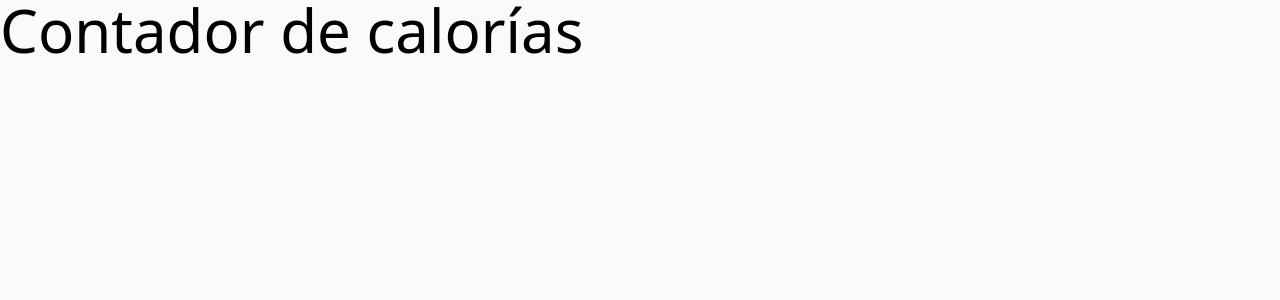
Repository: Samuel-Leal96/contador-calorias-react
Page: /
These files come from the project's save history. The page is drawn as it stood at one moment and after the next save; the edit follows.
The browser window is 1280 px wide. The pictures show the whole page.
The project was rebuilt for these pictures with package versions that can differ from the ones it lists, and the page was loaded fresh each time. Also part of the build but not shown: vite.config.ts.

Above is the page before, as saved 2025-10-22 16:49:07.

After the next save:
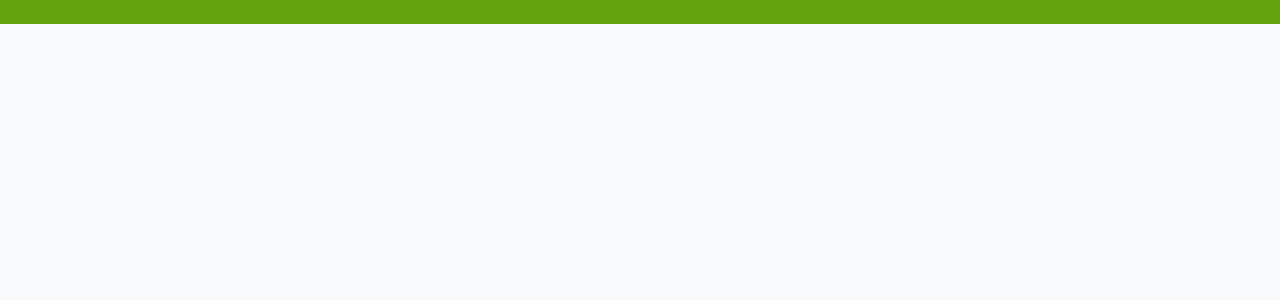
Saved 5 min 11 s later.
--- a/src/App.tsx
+++ b/src/App.tsx
@@ -4,7 +4,7 @@ function App() {
 
   return (
     <>
-      <h1 className="text-6xl">Contador de calorías</h1>
+      <header className="bg-lime-600 py-3"></header>
     </>
   )
 }
